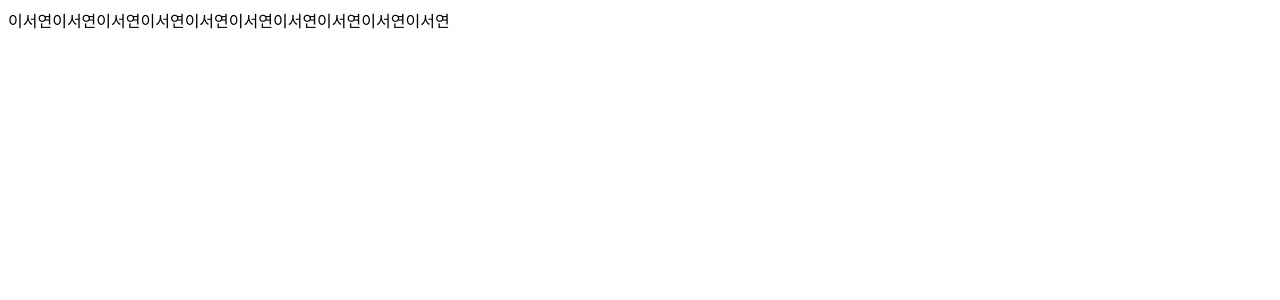
Repository: seoyeon0619/WebProgramming
Page: workspace1/myhome2/src/main/webapp/javascript/javascript6.html
These files come from the project's save history. The page is drawn as it stood at one moment and after the next save; the edit follows.
The browser window is 1280 px wide. The pictures show the whole page.

Above is the page before, as saved 2022-12-30 08:45:34.

After the next save:
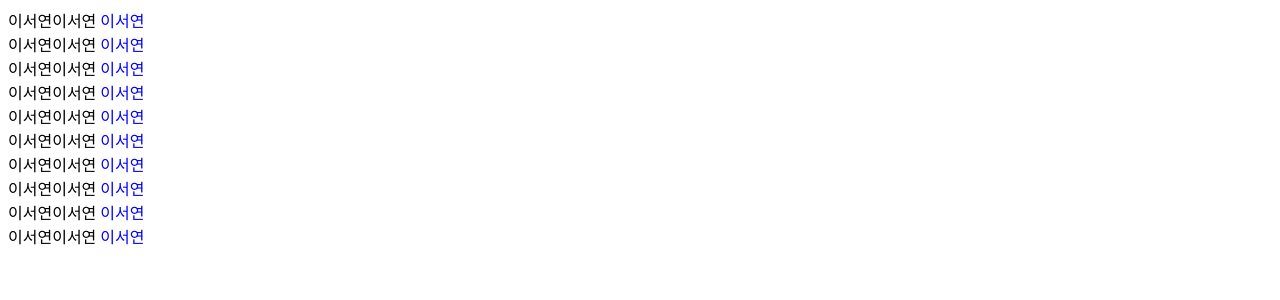
Saved 66 s later.
--- a/workspace1/myhome2/src/main/webapp/javascript/javascript6.html
+++ b/workspace1/myhome2/src/main/webapp/javascript/javascript6.html
@@ -23,5 +23,7 @@
 
 	for(i=1; i<=10; i++){
 		document.write("이서연"); // 줄바꿈 불가
+		document.writeln("이서연"); // 한칸띄워줌
+		document.write("<span style='color:blue'>이서연</span><br/>");
 	}
 </script>
